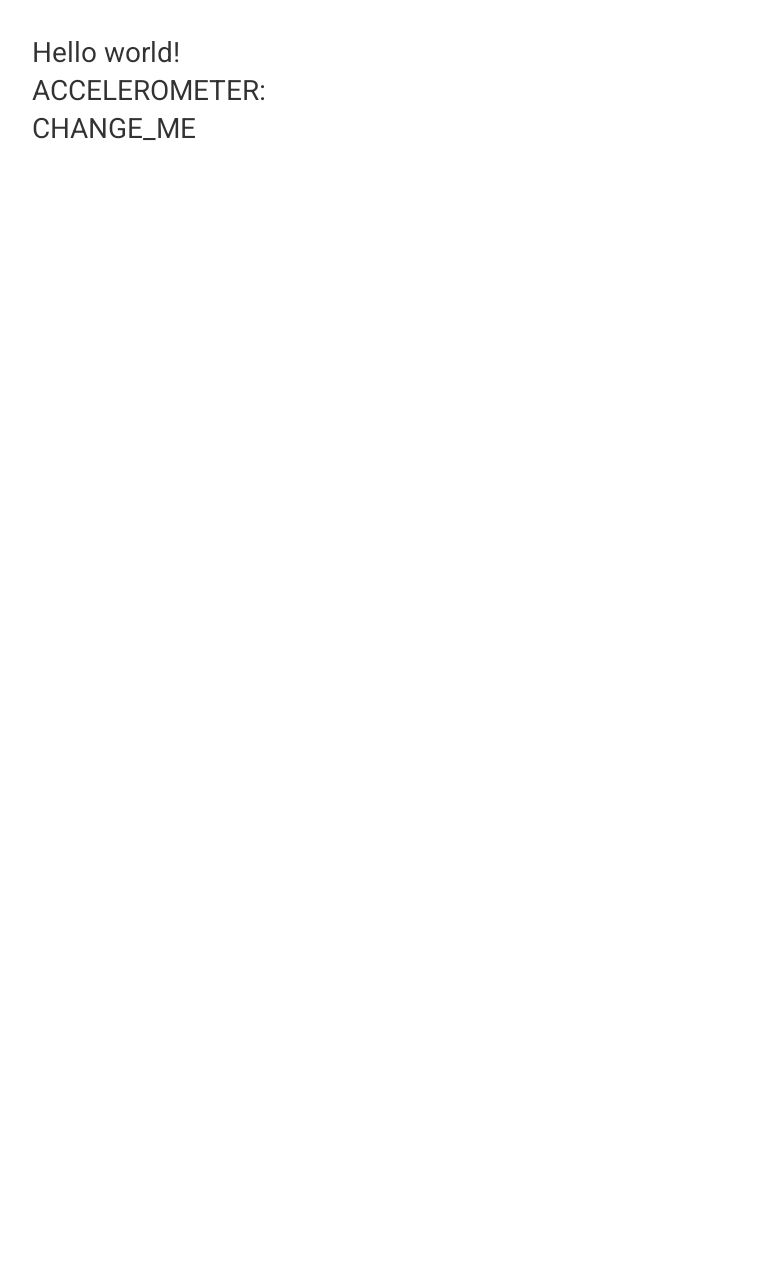
Repository: acrabb/soundcloudtest
Layout: HelloWorld/res/layout/activity_main.xml
These files come from the project's save history. The layout is drawn as it stood at one moment and after the next save; the edit follows.
It is drawn on a 768 x 1280 px phone screen (xhdpi) without system bars, with theme AppTheme; the app's code is not run.

Above is the layout before, as saved 2013-10-07 08:28:28.

After the next save:
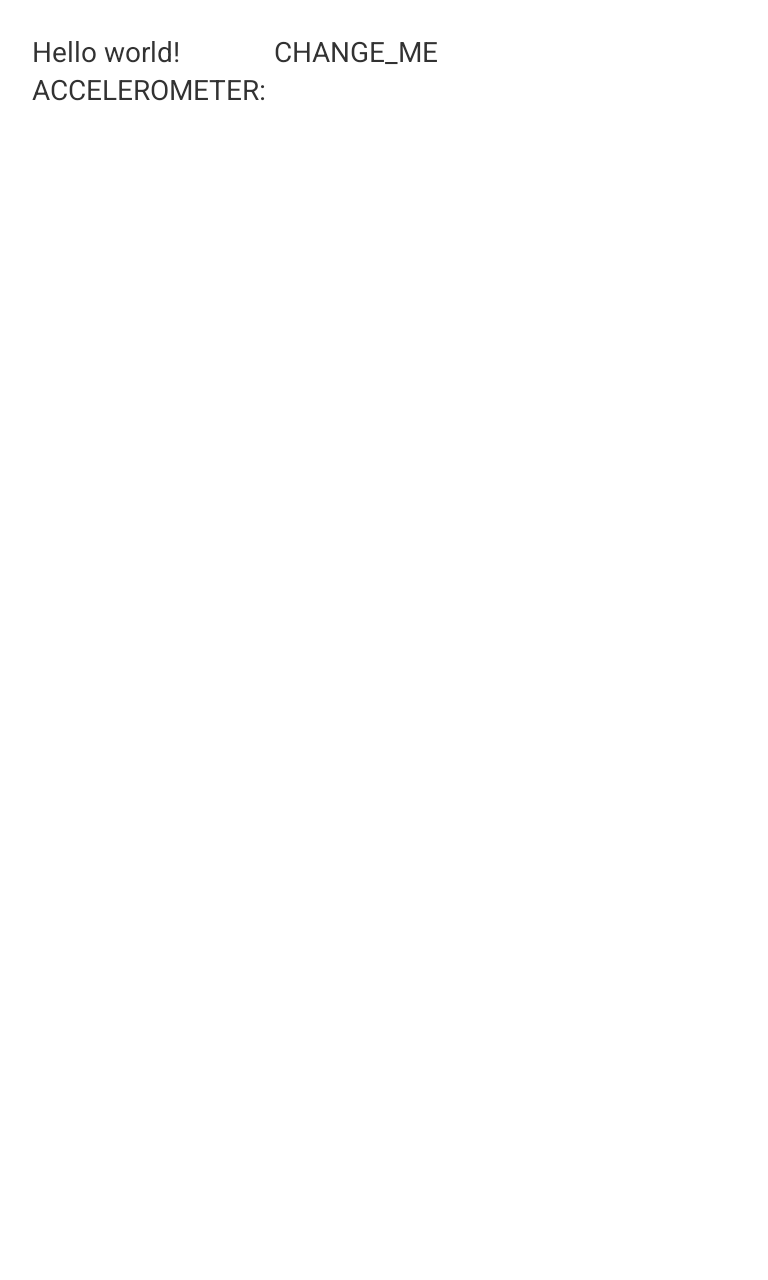
Saved 13 s later.
--- a/HelloWorld/res/layout/activity_main.xml
+++ b/HelloWorld/res/layout/activity_main.xml
@@ -22,7 +22,7 @@
     <TextView
         android:layout_width="wrap_content"
         android:layout_height="wrap_content"
-        android:layout_below="@id/accel_label"
+        android:layout_toRightOf="@id/accel_label"
         android:text="CHANGE_ME" />
 
 </RelativeLayout>

After the 3 saves that followed:
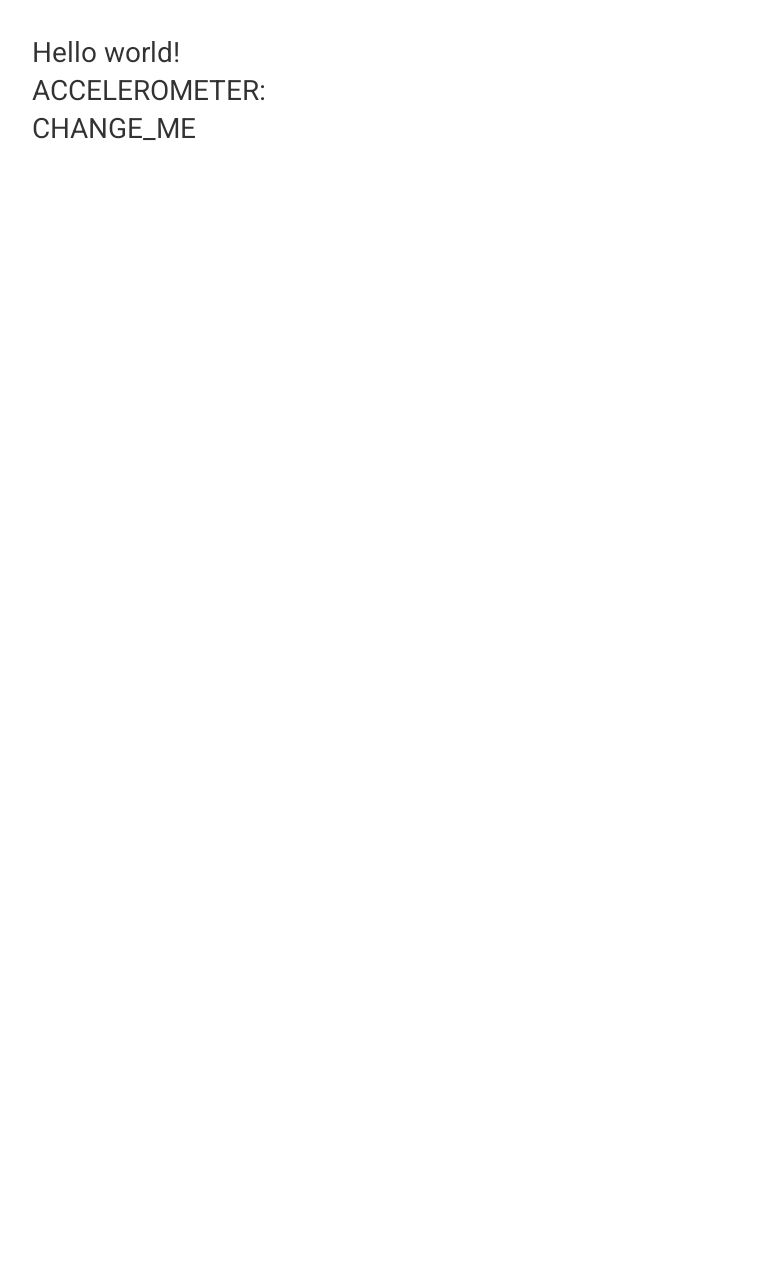
The 3 saves are shown as one change because 2 left the picture as it was.
The last was saved 2 min 15 s later.
--- a/HelloWorld/res/layout/activity_main.xml
+++ b/HelloWorld/res/layout/activity_main.xml
@@ -20,9 +20,10 @@
         android:layout_below="@id/hello"
         android:text="ACCELEROMETER: " />
     <TextView
+        android:id="@+id/accel_num"
         android:layout_width="wrap_content"
         android:layout_height="wrap_content"
-        android:layout_toRightOf="@id/accel_label"
+        android:layout_below="@id/accel_label"
         android:text="CHANGE_ME" />
 
 </RelativeLayout>
